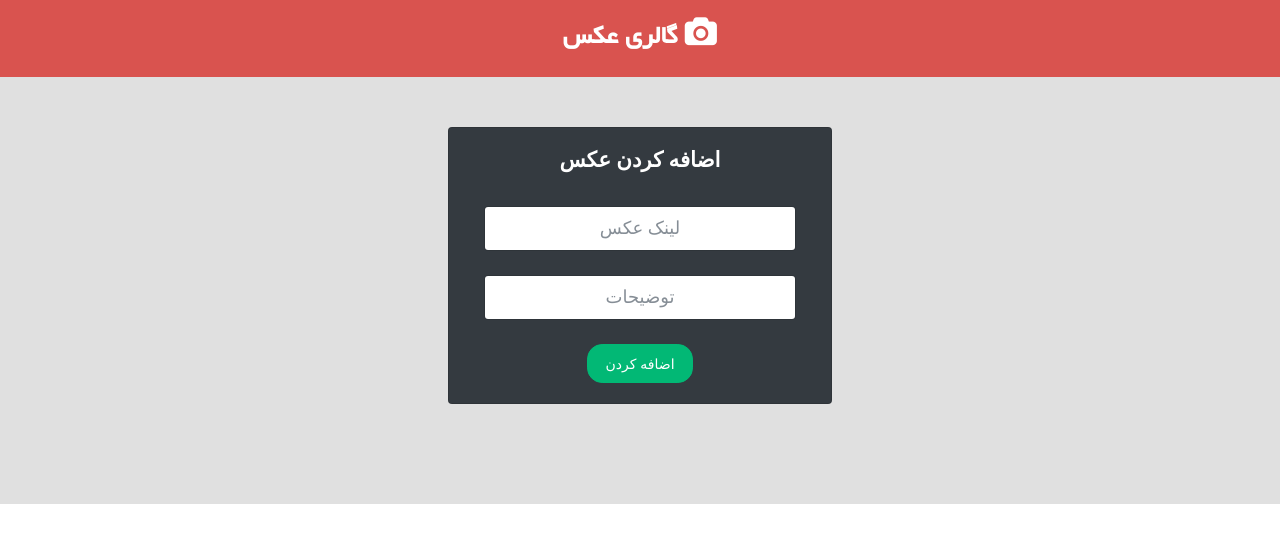
Repository: sadegh1379/PhotoWall-app
Page: /addphoto
These files come from the project's save history. The page is drawn as it stood at one moment and after the next save; the edit follows.
The browser window is 1280 px wide. The pictures show the whole page.
The project was rebuilt for these pictures with package versions that can differ from the ones it lists, and the page was loaded fresh each time. Also part of the build but not shown: src/Component/Photo.js, src/Component/PhotoWall.js.

Above is the page before, as saved 2020-02-22 13:27:48.

After the next save:
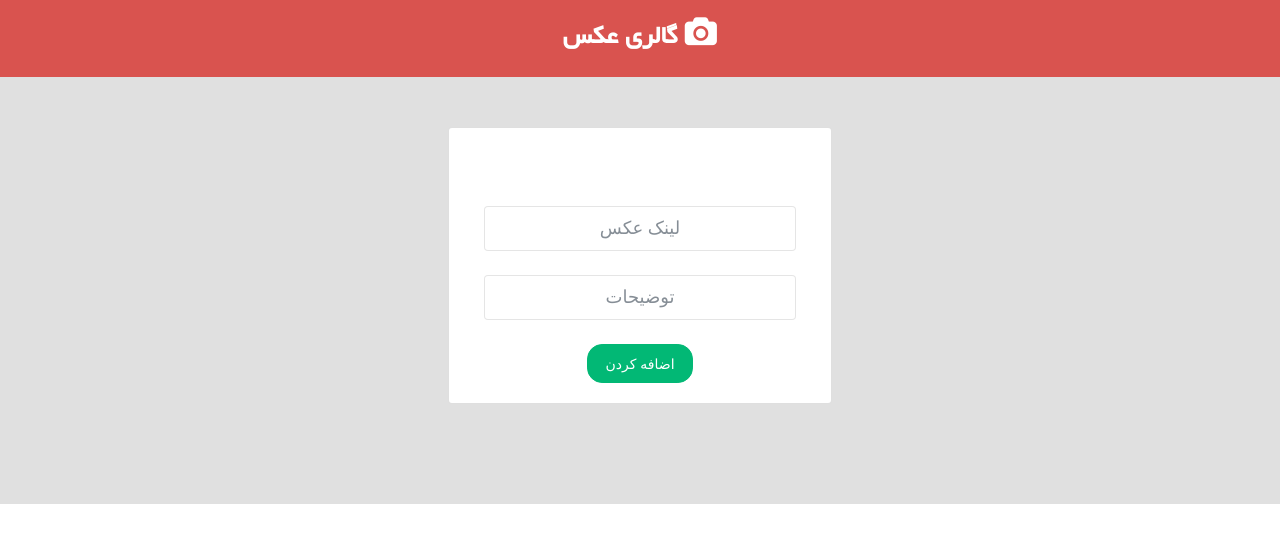
Saved 53 s later.
--- a/src/Component/AddPhoto.js
+++ b/src/Component/AddPhoto.js
@@ -3,7 +3,7 @@ import React, { Component } from 'react'
 export class AddPhoto extends Component {
     render() {
         return (
-            <div className="card form-card card-body bg-dark container">
+            <div className="card form-card card-body  container">
                 <h5 className="text-white text-center">اضافه کردن عکس</h5>
                 <form className="container add-form">
                     <input type="text" placeholder="لینک عکس" className="form-control my-4 text-center"/>
